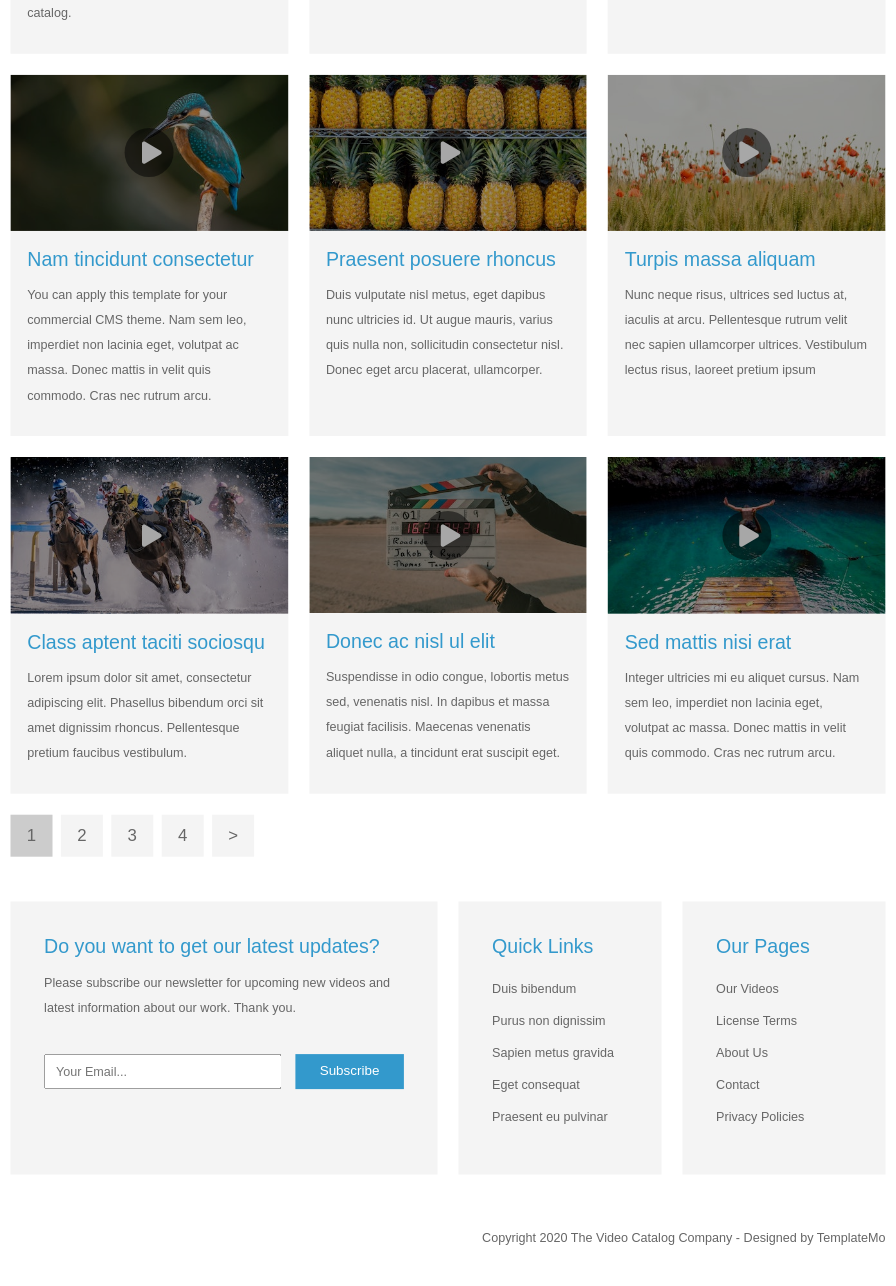
Repository: Marhamat92/PCAT-project-with-node-backend
Page: http://localhost/
An editor plug-in stored every save of this project. The page is shown before and after the next save, followed by the edit.
The browser window is 1280 px wide. The pictures show the part of the page from y = 1487 to 3407 px (the page is 3324 px tall before and 3407 px after), at 70% of full size.
Some web fonts or font styles are not loaded; a fallback is used. The page is served by the project's Node server (app.js).

Above is the page before, as saved 2023-02-20 17:28:28.

### views/index.ejs
<%- include('partials/_header') %>
    <!-- include the head partial -->

    <body>
        <div class="tm-page-wrap mx-auto">
            <div class="position-relative">
                <%- include('partials/_navigation') %>
                    <div class="tm-welcome-container text-center text-white">
                        <div class="tm-welcome-container-inner">
                            <p class="tm-welcome-text mb-1 text-white">Video Catalog is brought to you by TemplateMo.
                            </p>
                            <p class="tm-welcome-text mb-5 text-white">This is a full-width video banner.</p>
                            <a href="#content" class="btn tm-btn-animate tm-btn-cta tm-icon-down">
                                <span>Discover</span>
                            </a>
                        </div>
                    </div>

                    <div id="tm-video-container">
                        <video autoplay muted loop id="tm-video">
                            <!-- <source src="video/sunset-timelapse-video.mp4" type="video/mp4"> -->
                            <source src="video/wheat-field.mp4" type="video/mp4">
                        </video>
                    </div>

                    <i id="tm-video-control-button" class="fas fa-pause"></i>
            </div>

            <div class="container-fluid">
                <div id="content" class="mx-auto tm-content-container">
                    <main>
                        <div class="row">
                            <div class="col-12">
                                <h2 class="tm-page-title mb-4">Our Video Catalog</h2>
                                <div class="tm-categories-container mb-5">
                                    <h3 class="tm-text-primary tm-categories-text">Categories:</h3>
                                    <ul class="nav tm-category-list">
                                        <li class="nav-item tm-category-item"><a href="#"
                                                class="nav-link tm-category-link active">All</a></li>
                                        <li class="nav-item tm-category-item"><a href="#"
                                                class="nav-link tm-category-link">Drone Shots</a></li>
                                        <li class="nav-item tm-category-item"><a href="#"
                                                class="nav-link tm-category-link">Nature</a></li>
                                        <li class="nav-item tm-category-item"><a href="#"
                                                class="nav-link tm-category-link">Actions</a></li>
                                        <li class="nav-item tm-category-item"><a href="#"
                                                class="nav-link tm-category-link">Featured</a></li>
                                    </ul>
                                </div>
                            </div>
                        </div>

                        <div class="row tm-catalog-item-list">
                            <div class="col-lg-4 col-md-6 col-sm-12 tm-catalog-item">
                                <div class="position-relative tm-thumbnail-container">
                                    <img src="img/tn-01.jpg" alt="Image" class="img-fluid tm-catalog-item-img">
                                    <a href="video-page.html" class="position-absolute tm-img-overlay">
                                        <i class="fas fa-play tm-overlay-icon"></i>
                                    </a>
                                </div>
                                <div class="p-4 tm-bg-gray tm-catalog-item-description">
                                    <h3 class="tm-text-primary mb-3 tm-catalog-item-title">Aenean aliquet sapien</h3>
                                    <p class="tm-catalog-item-text">Video thumbnail has a link to another HTML page.
                                        Categories <span class="tm-text-secondary">do not need</span> any JS.
                                        They are just separated HTML pages. Paging is at the bottom to extend the list
                                        as
                                        long as you want.
                                        This can be a large catalog.</p>
                                </div>
                            </div>
                            <div class="col-lg-4 col-md-6 col-sm-12 tm-catalog-item">
                                <div class="position-relative tm-thumbnail-container">
                                    <img src="img/tn-02.jpg" alt="Image" class="img-fluid tm-catalog-item-img">
                                    <a href="video-page.html" class="position-absolute tm-img-overlay">
                                        <i class="fas fa-play tm-overlay-icon"></i>
                                    </a>
                                </div>
                                <div class="p-4 tm-bg-gray tm-catalog-item-description">
                                    <h3 class="tm-text-primary mb-3 tm-catalog-item-title">Mauris in odio vel odio</h3>
                                    <p class="tm-catalog-item-text">You may need TemplateMo for a quick chat or send an
                                        email if you have any question about this CSS template.
                                        <span class="tm-text-secondary">font-family: 'Source Sans Pro', sans-serif; for
                                            this
                                            template.</span>
                                    </p>
                                </div>
                            </div>
                            <div class="col-lg-4 col-md-6 col-sm-12 tm-catalog-item">
                                <div class="position-relative tm-thumbnail-container">
                                    <img src="img/tn-03.jpg" alt="Image" class="img-fluid tm-catalog-item-img">
                                    <a href="video-page.html" class="position-absolute tm-img-overlay">
                                        <i class="fas fa-play tm-overlay-icon"></i>
                                    </a>
                                </div>
                                <div class="p-4 tm-bg-gray tm-catalog-item-description">
                                    <h3 class="tm-text-primary mb-3 tm-catalog-item-title">Sagittis sodales enim</h3>
                                    <p class="tm-catalog-item-text">You are allowed to use this video catalog for your
                                        business websites.
                                        Please do not make a re-distribution of our template ZIP file on any template
                                        collection website.</p>
                                </div>
                            </div>
                            <div class="col-lg-4 col-md-6 col-sm-12 tm-catalog-item">
                                <div class="position-relative tm-thumbnail-container">
                                    <img src="img/tn-04.jpg" alt="Image" class="img-fluid tm-catalog-item-img">
                                    <a href="video-page.html" class="position-absolute tm-img-overlay">
                                        <i class="fas fa-play tm-overlay-icon"></i>
                                    </a>
                                </div>
                                <div class="p-4 tm-bg-gray tm-catalog-item-description">
                                    <h3 class="tm-text-primary mb-3 tm-catalog-item-title">Nam tincidunt consectetur
                                    </h3>
                                    <p class="tm-catalog-item-text">You can apply this template for your commercial CMS
                                        theme. Nam sem leo, imperdiet non lacinia eget, volutpat ac massa. Donec mattis
                                        in
                                        velit quis commodo. Cras nec rutrum arcu.</p>
                                </div>
                            </div>
                            <div class="col-lg-4 col-md-6 col-sm-12 tm-catalog-item">
                                <div class="position-relative tm-thumbnail-container">
                                    <img src="img/tn-05.jpg" alt="Image" class="img-fluid tm-catalog-item-img">
                                    <a href="video-page.html" class="position-absolute tm-img-overlay">
                                        <i class="fas fa-play tm-overlay-icon"></i>
                                    </a>
                                </div>
                                <div class="p-4 tm-bg-gray tm-catalog-item-description">
                                    <h3 class="tm-text-primary mb-3 tm-catalog-item-title">Praesent posuere rhoncus</h3>
                                    <p class="tm-catalog-item-text">Duis vulputate nisl metus, eget dapibus nunc
                                        ultricies
                                        id. Ut augue mauris, varius quis nulla non, sollicitudin consectetur nisl. Donec
                                        eget arcu placerat, ullamcorper.</p>
                                </div>
                            </div>
                            <div class="col-lg-4 col-md-6 col-sm-12 tm-catalog-item">
                                <div class="position-relative tm-thumbnail-container">
                                    <img src="img/tn-06.jpg" alt="Image" class="img-fluid tm-catalog-item-img">
                                    <a href="video-page.html" class="position-absolute tm-img-overlay">
                                        <i class="fas fa-play tm-overlay-icon"></i>
                                    </a>
                                </div>
                                <div class="p-4 tm-bg-gray tm-catalog-item-description">
                                    <h3 class="tm-text-primary mb-3 tm-catalog-item-title">Turpis massa aliquam</h3>
                                    <p class="tm-catalog-item-text">Nunc neque risus, ultrices sed luctus at, iaculis at
                                        arcu. Pellentesque rutrum velit nec sapien ullamcorper ultrices. Vestibulum
                                        lectus
                                        risus, laoreet pretium ipsum</p>
                                </div>
                            </div>
                            <div class="col-lg-4 col-md-6 col-sm-12 tm-catalog-item">
                                <div class="position-relative tm-thumbnail-container">
                                    <img src="img/tn-07.jpg" alt="Image" class="img-fluid tm-catalog-item-img">
                                    <a href="video-page.html" class="position-absolute tm-img-overlay">
                                        <i class="fas fa-play tm-overlay-icon"></i>
                                    </a>
                                </div>
                                <div class="p-4 tm-bg-gray tm-catalog-item-description">
                                    <h3 class="tm-text-primary mb-3 tm-catalog-item-title">Class aptent taciti sociosqu
                                    </h3>
                                    <p class="tm-catalog-item-text">Lorem ipsum dolor sit amet, consectetur adipiscing
                                        elit.
                                        Phasellus bibendum orci sit amet dignissim rhoncus. Pellentesque pretium
                                        faucibus
                                        vestibulum.</p>
                                </div>
                            </div>
                            <div class="col-lg-4 col-md-6 col-sm-12 tm-catalog-item">
                                <div class="position-relative tm-thumbnail-container">
                                    <img src="img/tn-08.jpg" alt="Image" class="img-fluid tm-catalog-item-img">
                                    <a href="video-page.html" class="position-absolute tm-img-overlay">
                                        <i class="fas fa-play tm-overlay-icon"></i>
                                    </a>
                                </div>
                                <div class="p-4 tm-bg-gray tm-catalog-item-description">
                                    <h3 class="tm-text-primary mb-3 tm-catalog-item-title">Donec ac nisl ul elit</h3>
                                    <p class="tm-catalog-item-text">Suspendisse in odio congue, lobortis metus sed,
                                        venenatis nisl. In dapibus et massa feugiat facilisis. Maecenas venenatis
                                        aliquet
                                        nulla, a tincidunt erat suscipit eget.</p>
                                </div>
                            </div>
                            <div class="col-lg-4 col-md-6 col-sm-12 tm-catalog-item">
                                <div class="position-relative tm-thumbnail-container">
                                    <img src="img/tn-09.jpg" alt="Image" class="img-fluid tm-catalog-item-img">
                                    <a href="video-page.html" class="position-absolute tm-img-overlay">
                                        <i class="fas fa-play tm-overlay-icon"></i>
                                    </a>
                                </div>
                                <div class="p-4 tm-bg-gray tm-catalog-item-description">
                                    <h3 class="tm-text-primary mb-3 tm-catalog-item-title">Sed mattis nisi erat</h3>
                                    <p class="tm-catalog-item-text">Integer ultricies mi eu aliquet cursus. Nam sem leo,
                                        imperdiet non lacinia eget, volutpat ac massa. Donec mattis in velit quis
                                        commodo.
                                        Cras nec rutrum arcu.</p>
                                </div>
                            </div>
                        </div>

                        <!-- Catalog Paging Buttons -->
                        <div>
                            <ul class="nav tm-paging-links">
                                <li class="nav-item active"><a href="#" class="nav-link tm-paging-link">1</a></li>
                                <li class="nav-item"><a href="#" class="nav-link tm-paging-link">2</a></li>
                                <li class="nav-item"><a href="#" class="nav-link tm-paging-link">3</a></li>
                                <li class="nav-item"><a href="#" class="nav-link tm-paging-link">4</a></li>
                                <li class="nav-item"><a href="#" class="nav-link tm-paging-link">></a></li>
                            </ul>
                        </div>
                    </main>

                    <%- include('partials/_footer') %>
                        <!-- footer partial with ejs syntax        -->
                </div> <!-- tm-content-container -->
            </div>

        </div> <!-- .tm-page-wrap -->

        <script src="js/jquery-3.4.1.min.js"></script>
        <script src="js/bootstrap.min.js"></script>
        <script>
            function setVideoSize() {
                const vidWidth = 1920;
                const vidHeight = 1080;
                let windowWidth = window.innerWidth;
                let newVidWidth = windowWidth;
                let newVidHeight = windowWidth * vidHeight / vidWidth;
                let marginLeft = 0;
                let marginTop = 0;

                if (newVidHeight < 500) {
                    newVidHeight = 500;
                    newVidWidth = newVidHeight * vidWidth / vidHeight;
                }

                if (newVidWidth > windowWidth) {
                    marginLeft = -((newVidWidth - windowWidth) / 2);
                }

                if (newVidHeight > 720) {
                    marginTop = -((newVidHeight - $('#tm-video-container').height()) / 2);
                }

                const tmVideo = $('#tm-video');

                tmVideo.css('width', newVidWidth);
                tmVideo.css('height', newVidHeight);
                tmVideo.css('margin-left', marginLeft);
                tmVideo.css('margin-top', marginTop);
            }

            $(document).ready(function () {
                /************** Video background *********/

                setVideoSize();

                // Set video background size based on window size
                let timeout;
                window.onresize = function () {
                    clearTimeout(timeout);
                    timeout = setTimeout(setVideoSize, 100);
                };

                // Play/Pause button for video background
                const btn = $("#tm-video-control-button");

                btn.on("click", function (e) {
                    const video = document.getElementById("tm-video");
                    $(this).removeClass();

                    if (video.paused) {
                        video.play();
                        $(this).addClass("fas fa-pause");
                    } else {
                        video.pause();
                        $(this).addClass("fas fa-play");
                    }
                });
            })
        </script>
    </body>

    </html>

### views/partials/_footer.ejs
<!-- Subscribe form and footer links -->
<div class="row mt-5 pt-3">
  <div class="col-xl-6 col-lg-12 mb-4">
    <div class="tm-bg-gray p-5 h-100">
      <h3 class="tm-text-primary mb-3">Do you want to get our latest updates?</h3>
      <p class="mb-5">Please subscribe our newsletter for upcoming new videos and latest
        information about our
        work. Thank you.</p>
      <form action="" method="GET" class="tm-subscribe-form">
        <input type="text" name="email" placeholder="Your Email..." required>
        <button type="submit" class="btn rounded-0 btn-primary tm-btn-small">Subscribe</button>
      </form>
    </div>
  </div>
  <div class="col-xl-3 col-lg-6 col-md-6 col-sm-6 col-12 mb-4">
    <div class="p-5 tm-bg-gray">
      <h3 class="tm-text-primary mb-4">Quick Links</h3>
      <ul class="list-unstyled tm-footer-links">
        <li><a href="#">Duis bibendum</a></li>
        <li><a href="#">Purus non dignissim</a></li>
        <li><a href="#">Sapien metus gravida</a></li>
        <li><a href="#">Eget consequat</a></li>
        <li><a href="#">Praesent eu pulvinar</a></li>
      </ul>
    </div>
  </div>
  <div class="col-xl-3 col-lg-6 col-md-6 col-sm-6 col-12 mb-4">
    <div class="p-5 tm-bg-gray h-100">
      <h3 class="tm-text-primary mb-4">Our Pages</h3>
      <ul class="list-unstyled tm-footer-links">
        <li><a href="#">Our Videos</a></li>
        <li><a href="#">License Terms</a></li>
        <li><a href="#">About Us</a></li>
        <li><a href="#">Contact</a></li>
        <li><a href="#">Privacy Policies</a></li>
      </ul>
    </div>
  </div>
</div> <!-- row -->

<footer class="row pt-5">
  <div class="col-12">
    <p class="text-right">Copyright 2020 The Video Catalog Company

      - Designed by <a href="https://templatemo.com" rel="nofollow" target="_parent">TemplateMo</a></p>
  </div>
</footer>

Loaded but not shown: public/fontawesome/css/all.min.css (library); public/css/bootstrap.min.css (library); public/js/jquery-3.4.1.min.js (library); public/js/bootstrap.min.js (library); app.js (24 lines, source omitted); public/css/templatemo-video-catalog.css (528 lines, source omitted); views/partials/_navigation.ejs (39 lines, source omitted); views/partials/_header.ejs (20 lines, source omitted)

After the next save:
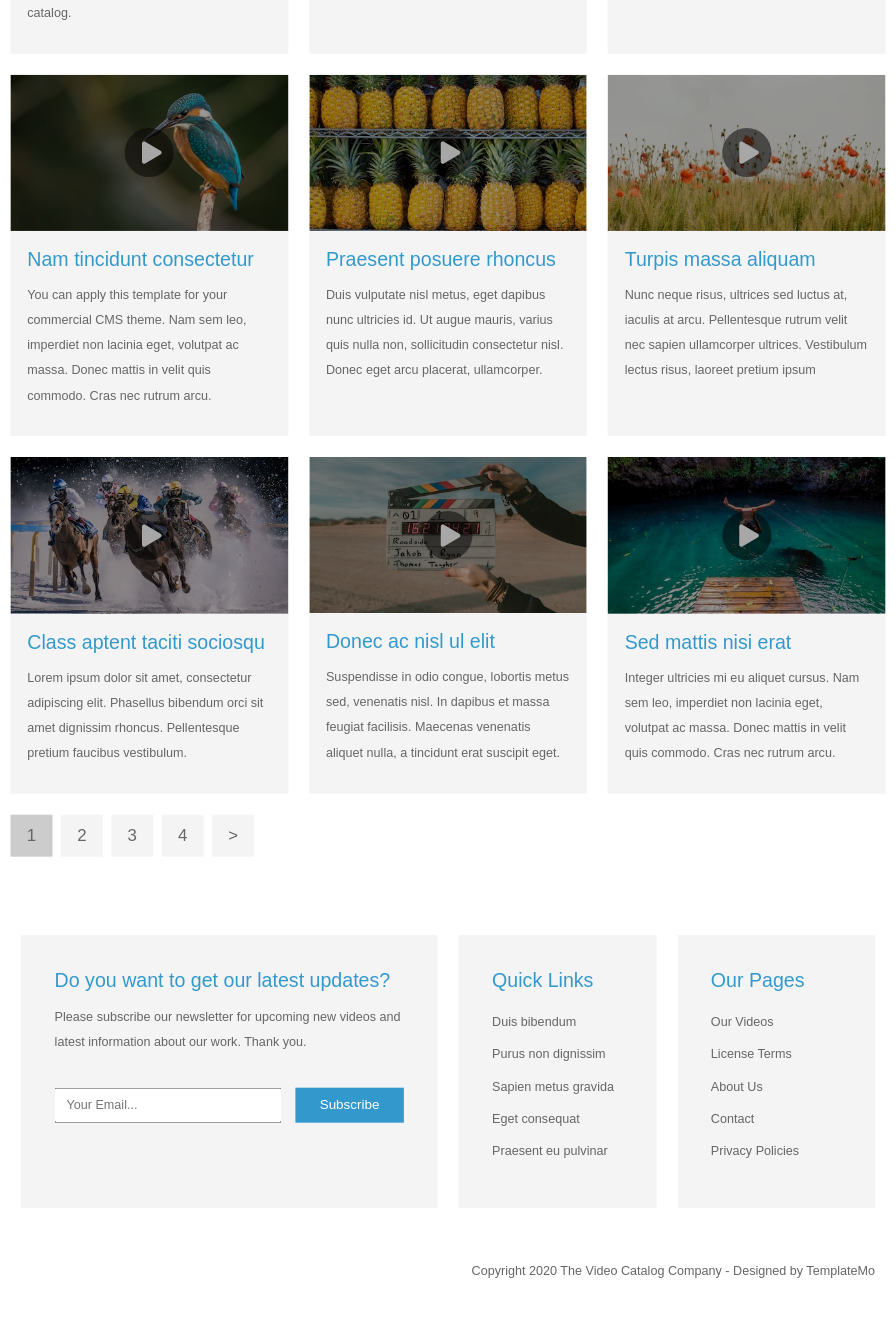
Saved 99 s later.
--- a/views/partials/_footer.ejs
+++ b/views/partials/_footer.ejs
@@ -1,47 +1,51 @@
-<!-- Subscribe form and footer links -->
-<div class="row mt-5 pt-3">
-  <div class="col-xl-6 col-lg-12 mb-4">
-    <div class="tm-bg-gray p-5 h-100">
-      <h3 class="tm-text-primary mb-3">Do you want to get our latest updates?</h3>
-      <p class="mb-5">Please subscribe our newsletter for upcoming new videos and latest
-        information about our
-        work. Thank you.</p>
-      <form action="" method="GET" class="tm-subscribe-form">
-        <input type="text" name="email" placeholder="Your Email..." required>
-        <button type="submit" class="btn rounded-0 btn-primary tm-btn-small">Subscribe</button>
-      </form>
+<div class="container-fluid tm-content-container mx-auto pt-5">
+  <!-- Subscribe form and footer links -->
+  <div class="row mt-5 pt-3">
+    <div class="col-xl-6 col-lg-12 mb-4">
+      <div class="tm-bg-gray p-5 h-100">
+        <h3 class="tm-text-primary mb-3">Do you want to get our latest updates?</h3>
+        <p class="mb-5">Please subscribe our newsletter for upcoming new videos and latest
+          information
+          about our
+          work. Thank you.</p>
+        <form action="" method="GET" class="tm-subscribe-form">
+          <input type="text" name="email" placeholder="Your Email..." required>
+          <button type="submit" class="btn rounded-0 btn-primary tm-btn-small">Subscribe</button>
+        </form>
+      </div>
     </div>
-  </div>
-  <div class="col-xl-3 col-lg-6 col-md-6 col-sm-6 col-12 mb-4">
-    <div class="p-5 tm-bg-gray">
-      <h3 class="tm-text-primary mb-4">Quick Links</h3>
-      <ul class="list-unstyled tm-footer-links">
-        <li><a href="#">Duis bibendum</a></li>
-        <li><a href="#">Purus non dignissim</a></li>
-        <li><a href="#">Sapien metus gravida</a></li>
-        <li><a href="#">Eget consequat</a></li>
-        <li><a href="#">Praesent eu pulvinar</a></li>
-      </ul>
+    <div class="col-xl-3 col-lg-6 col-md-6 col-sm-6 col-12 mb-4">
+      <div class="p-5 tm-bg-gray">
+        <h3 class="tm-text-primary mb-4">Quick Links</h3>
+        <ul class="list-unstyled tm-footer-links">
+          <li><a href="#">Duis bibendum</a></li>
+          <li><a href="#">Purus non dignissim</a></li>
+          <li><a href="#">Sapien metus gravida</a></li>
+          <li><a href="#">Eget consequat</a></li>
+          <li><a href="#">Praesent eu pulvinar</a></li>
+        </ul>
+      </div>
     </div>
-  </div>
-  <div class="col-xl-3 col-lg-6 col-md-6 col-sm-6 col-12 mb-4">
-    <div class="p-5 tm-bg-gray h-100">
-      <h3 class="tm-text-primary mb-4">Our Pages</h3>
-      <ul class="list-unstyled tm-footer-links">
-        <li><a href="#">Our Videos</a></li>
-        <li><a href="#">License Terms</a></li>
-        <li><a href="#">About Us</a></li>
-        <li><a href="#">Contact</a></li>
-        <li><a href="#">Privacy Policies</a></li>
-      </ul>
+    <div class="col-xl-3 col-lg-6 col-md-6 col-sm-6 col-12 mb-4">
+      <div class="p-5 tm-bg-gray h-100">
+        <h3 class="tm-text-primary mb-4">Our Pages</h3>
+        <ul class="list-unstyled tm-footer-links">
+          <li><a href="#">Our Videos</a></li>
+          <li><a href="#">License Terms</a></li>
+          <li><a href="#">About Us</a></li>
+          <li><a href="#">Contact</a></li>
+          <li><a href="#">Privacy Policies</a></li>
+        </ul>
+      </div>
     </div>
-  </div>
-</div> <!-- row -->
+  </div> <!-- row -->
 
-<footer class="row pt-5">
-  <div class="col-12">
-    <p class="text-right">Copyright 2020 The Video Catalog Company
+  <footer class="row pt-5">
+    <div class="col-12">
+      <p class="text-right">Copyright 2020 The Video Catalog Company
 
-      - Designed by <a href="https://templatemo.com" rel="nofollow" target="_parent">TemplateMo</a></p>
-  </div>
-</footer>
+        - Designed by <a href="https://templatemo.com" rel="nofollow" target="_parent">TemplateMo</a>
+      </p>
+    </div>
+  </footer>
+</div>
